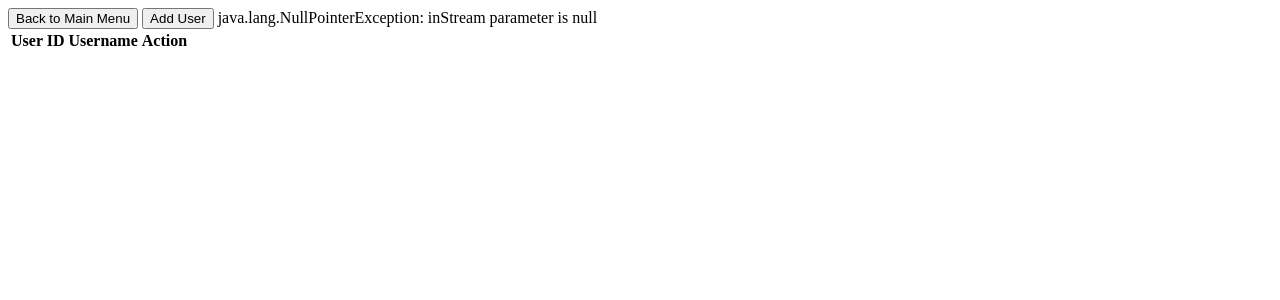
Repository: christot20/BuyMe
Page: http://localhost/336EbayAuction/StaffManageUsers.jsp
The author's editor kept a copy of each file at every save. The page is drawn from the files as they stood at one save, then again after the next save.
The browser window is 1280 px wide. The pictures show the whole page.
The page is served by Tomcat 9.

Above is the page before, as saved 2024-05-04 04:29:20.

### 336EbayAuction/src/main/webapp/StaffManageUsers.jsp
<%@ page language="java" contentType="text/html; charset=ISO-8859-1"
	pageEncoding="ISO-8859-1" import="com.cs336.pkg.*"%>
<%@ page import="java.io.*,java.util.*,java.sql.*"%>
<%@ page import="javax.servlet.http.*,javax.servlet.*"%>
<!DOCTYPE html>
<html>
<head>
<meta charset="UTF-8">
<title>Insert title here</title>
<style>
    /* Add styles for the popup form and overlay */
    .overlay {
        position: fixed;
        display: none;
        width: 100%;
        height: 100%;
        top: 0;
        left: 0;
        right: 0;
        bottom: 0;
        background-color: rgba(0,0,0,0.5);
        z-index: 2;
        cursor: pointer;
    }

    .user-form-popup {
        position: absolute;
        top: 50%;
        left: 50%;
        transform: translate(-50%, -50%);
        background-color: #fff;
        padding: 20px;
        width: 300px;
        z-index: 9;
    }

    /* Add styles for the close button */
    .close-btn {
        position: absolute;
        right: 10px;
        top: 10px;
        font-size: 18px;
        cursor: pointer;
    }
</style>
<script>
    function deleteUser(userId) {
        if (confirm('Are you sure you want to delete this user?')) {
            window.location.href = 'AdminDeleteUser.jsp?userId=' + userId;
        }
    }

    function editUser(userId, username, password, permissions) {
        document.getElementById('editFormOverlay').style.display='block';
        document.getElementById('editUsername').value = username;
        document.getElementById('editPassword').value = password;
        document.getElementById('editUserId').value = userId;
        document.getElementById('editPermissions').value = permissions;
    }
</script>
</head>
<body>
    <button onclick="window.location.href='StaffMode.jsp'">Back to Main Menu</button> <!-- Add this line -->

	<button onclick="document.getElementById('userFormOverlay').style.display='block'">Add User</button>

    <div id="userFormOverlay" class="overlay" onclick="if (event.target == this) this.style.display='none'">
        <div class="user-form-popup">
            <span class="close-btn" onclick="document.getElementById('userFormOverlay').style.display='none'">×</span>
            <form action="AdminAddUser.jsp" method="post">
                <label for="username">Username:</label><br>
                <input type="text" id="username" name="username" required><br>
                <label for="password">Password:</label><br>
                <input type="password" id="password" name="password" required><br>
                <label for="permissions">Permissions:</label><br>
                <select id="permissions" name="permissions" required>
                    <option value="0">0</option>
                    <option value="1">1</option>
                </select><br>
                <input type="submit" value="Submit">
            </form>
        </div>
    </div>

    <div id="editFormOverlay" class="overlay" onclick="if (event.target == this) this.style.display='none'">
	    <div class="user-form-popup">
	        <span class="close-btn" onclick="document.getElementById('editFormOverlay').style.display='none'">×</span>
	        <form action="AdminEditUser.jsp" method="post">
	            <input type="hidden" id="editUserId" name="userId">
	            <label for="editUsername">Username:</label><br>
	            <input type="text" id="editUsername" name="username" required><br>
	            <label for="editPassword">Password:</label><br>
	            <input type="text" id="editPassword" name="password" required><br> <!-- Change type to "text" -->
	            <label for="editPermissions">Permissions:</label><br>
	            <select id="editPermissions" name="permissions" required>
	                <option value="0">0</option>
	                <option value="1">1</option>
	            </select><br>
	            <input type="submit" value="Submit">
	        </form>
	    </div>
	</div>


	<table>
        <tr>
            <th>User ID</th>
            <th>Username</th>
            <th>Action</th>
        </tr>
        <% try {
            // Get the database connection
            ApplicationDB db = new ApplicationDB();
            Connection con = db.getConnection();

            // Construct the base SQL query
            String baseQuery = "SELECT user_id, username, password, permissions FROM users WHERE username != 'Admin'";

            PreparedStatement ps = con.prepareStatement(baseQuery);

            ResultSet result = ps.executeQuery();


            while (result.next()) { %>
                <tr>
                    <td><%= result.getString("user_id") %></td>
                    <td><%= result.getString("username") %></td>
                    <td>
                        <button onclick="editUser('<%= result.getString("user_id") %>', '<%= result.getString("username") %>', '<%= result.getString("password") %>', '<%= result.getInt("permissions") %>')">Edit User</button>
                        <button onclick="deleteUser('<%= result.getString("user_id") %>')">Delete User</button>
                    </td>
                </tr>
            <% }
            // Close the connection.
            db.closeConnection(con);
        } catch (Exception e) {
            out.print(e);
        } %>
    </table>

</body>
</html>

### 336EbayAuction/src/main/java/com/cs336/pkg/ApplicationDB.java
package com.cs336.pkg;

import java.sql.Connection;
import java.sql.DriverManager;
import java.sql.SQLException;

import java.util.Properties;
import java.io.InputStream;
import java.io.FileNotFoundException;
import java.io.IOException;


public class ApplicationDB {

	public ApplicationDB(){

	}

	public Connection getConnection(){

		//Create a connection string
		String connectionUrl = "jdbc:mysql://localhost:3306/AuctionDB";
		Connection connection = null;

		try {
			//Load JDBC driver - the interface standardizing the connection procedure. Look at WEB-INF\lib for a mysql connector jar file, otherwise it fails.
			Class.forName("com.mysql.jdbc.Driver").newInstance();
		} catch (InstantiationException e) {
			// TODO Auto-generated catch block
			e.printStackTrace();
		} catch (IllegalAccessException e) {
			// TODO Auto-generated catch block
			e.printStackTrace();
		} catch (ClassNotFoundException e) {
			// TODO Auto-generated catch block
			e.printStackTrace();
		}
		try {
	        // Load properties file
			Properties props = new Properties();
	        InputStream in = getClass().getClassLoader().getResourceAsStream("com/cs336/pkg/db.properties");
	        props.load(in);
	        in.close();

	        // Get DB credentials from properties file
	        String username = props.getProperty("username");
	        String password = props.getProperty("password");

	        // Create a connection to your DB
	        connection = DriverManager.getConnection(connectionUrl, username, password);
		} catch (SQLException e) {
			// TODO Auto-generated catch block
			e.printStackTrace();
		} catch (FileNotFoundException e) {
			// TODO Auto-generated catch block
			e.printStackTrace();
		} catch (IOException e) {
			// TODO Auto-generated catch block
			e.printStackTrace();
		}

		return connection;

	}

	public void closeConnection(Connection connection){
		try {
			connection.close();
		} catch (SQLException e) {
			// TODO Auto-generated catch block
			e.printStackTrace();
		}
	}





	public static void main(String[] args) {
		ApplicationDB dao = new ApplicationDB();
		Connection connection = dao.getConnection();

		System.out.println(connection);
		dao.closeConnection(connection);
	}



}

After the next save:
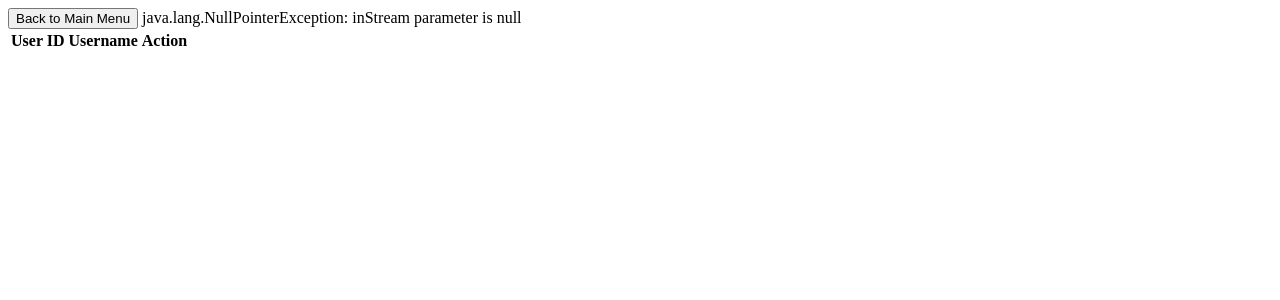
Saved 82 s later.
--- a/336EbayAuction/src/main/webapp/StaffManageUsers.jsp
+++ b/336EbayAuction/src/main/webapp/StaffManageUsers.jsp
@@ -44,12 +44,6 @@
     }
 </style>
 <script>
-    function deleteUser(userId) {
-        if (confirm('Are you sure you want to delete this user?')) {
-            window.location.href = 'AdminDeleteUser.jsp?userId=' + userId;
-        }
-    }
-
     function editUser(userId, username, password, permissions) {
         document.getElementById('editFormOverlay').style.display='block';
         document.getElementById('editUsername').value = username;
@@ -61,8 +55,6 @@
 </head>
 <body>
     <button onclick="window.location.href='StaffMode.jsp'">Back to Main Menu</button> <!-- Add this line -->
-
-	<button onclick="document.getElementById('userFormOverlay').style.display='block'">Add User</button>
 
     <div id="userFormOverlay" class="overlay" onclick="if (event.target == this) this.style.display='none'">
         <div class="user-form-popup">
